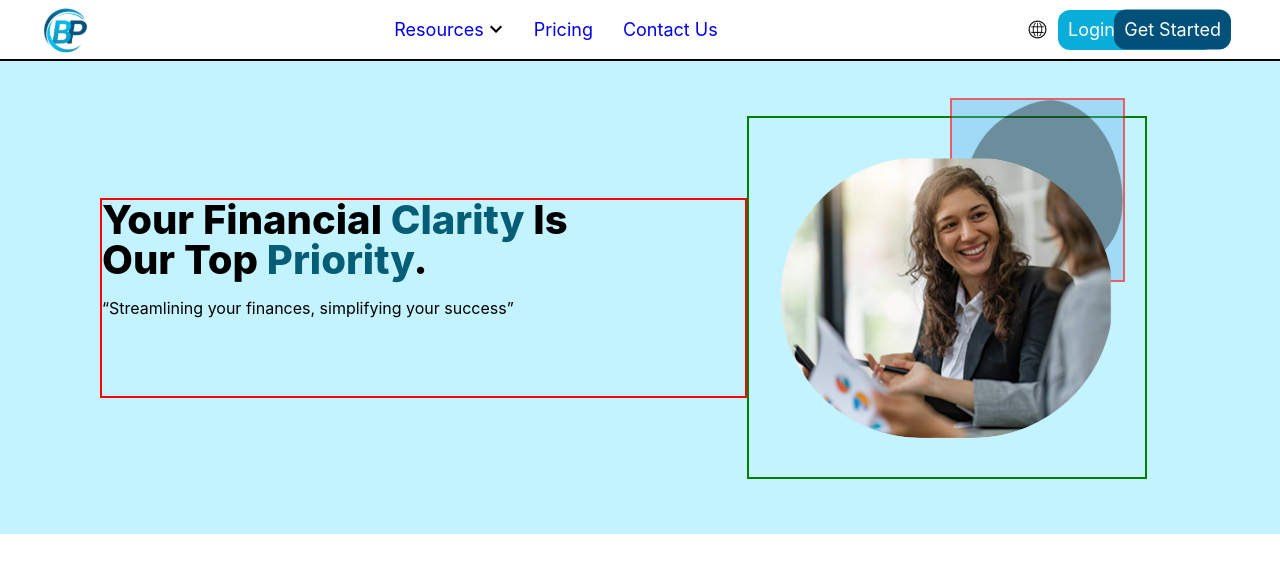
Repository: dark-txch/Bizpadi
Page: /
The author's editor kept a copy of each file at every save. The page is drawn from the files as they stood at one save, then again after the next save.
The browser window is 1280 px wide. The pictures show the whole page.
The project was rebuilt for these pictures with package versions that can differ from the ones it lists, and the page was loaded fresh each time. Also part of the build but not shown: vite.config.js.

Above is the page before, as saved 2025-04-02 05:11:46.

### index.html
<!DOCTYPE html>
<html lang="en">
	<head>
		<meta charset="UTF-8" />
		<link rel="icon" type="image/svg+xml" href="/public/logo.svg" />
		<meta name="viewport" content="width=device-width, initial-scale=1.0" />
		<title>Bizpadi</title>
	</head>
	<body>
		<div id="root"></div>
		<script type="module" src="/src/main.jsx"></script>
	</body>
</html>

### src/index.css
:root {
	font-family: system-ui, Avenir, Helvetica, Arial, sans-serif;
	line-height: 1.5;
	font-weight: 400;

	color-scheme: light dark;
	color: black;
	background-color: white;

	font-synthesis: none;
	text-rendering: optimizeLegibility;
	-webkit-font-smoothing: antialiased;
	-moz-osx-font-smoothing: grayscale;
}

* {
	box-sizing: border-box;
	padding: 0;
	margin: 0;
	outline: none;
	border: none;
}

body {
	height: 100vh;
	width: 100vw;
	overflow: hidden;

	font-family: "inter", sans-serif;
}

a {
	text-decoration: none;
}

### src/App.jsx
import "./App.css";
import Nav from "./components/LandingPage/Nav";
import MidSection from "./components/LandingPage/MidSection";

function App() {
	return (
		<>
			<Nav />
			<MidSection />
		</>
	);
}

export default App;

### src/App.css
/*  LANDING PAGE/Main container */

@font-face {
	font-family: "MyCustomFont";
	src: url("/fonts/Inter/Inter-Italic-VariableFont_opsz,wght.ttf")
			format("truetype"),
		url("/fonts/Inter/Inter-VariableFont_opsz,wght.ttf") format("truetype");
	font-weight: normal;
	font-style: normal;
}

nav.homepage-nav {
	/*  this is the parent container */
	width: 100vw;
	height: 61px;
	display: flex;
	font-size: 18px;
	align-items: center;
	justify-content: space-between;
	border-bottom: 2px solid #000;
	box-shadow: 1px 1px 2px 0px rgba(0, 0, 0, 0.25%);
}

nav.homepage-nav .logo {
	/* this is the first div "LOGO" */
	margin-left: 30px;
	margin-top: 10px;
}

nav.homepage-nav :nth-child(2) a {
	/* this is the middle div */
	width: 309px;
	height: 24px;
	position: relative;
}

.homepage-nav div:nth-child(2) a:nth-of-type(1) {
	margin-right: 50px;
}

.homepage-nav div:nth-child(2) a:nth-of-type(2) {
	margin-right: 30px;
}

nav.homepage-nav :nth-child(2) a > img {
	position: absolute;
}

.homepage-nav div:nth-child(3) {
	/* this is the login and get started container .. the third div*/
	width: 218px;
	height: 40px;
	display: flex;
	justify-content: center;
	align-items: center;
	gap: 10px;
	position: relative;
	color: white;
	border-radius: 12px;
	margin-right: 50px;
}

.homepage-nav div:nth-child(3) a:nth-of-type(1) {
	/* this is the login button */
	background-color: #09adda;
	color: inherit;
	display: inline-block;
	width: 157px;
	padding: 8px;
	height: inherit;
	padding-left: 10px;
	border-radius: inherit;
	display: flex;
	align-items: center;
}

.homepage-nav div:nth-child(3) a:nth-of-type(2) {
	/* this is the signup button */
	background-color: #00517a;
	color: inherit;
	display: inline-block;
	/* width: 110px; */
	padding-left: 10px;
	padding-right: 10px;
	height: inherit;
	border-radius: inherit;
	position: absolute;
	top: -2px;
	right: -10px;
	transform: translate(-9px, 1.5px);
	display: flex;
	align-items: center;
}

/* MIDSECTION */
.midSection {
	background-color: #c3f3ff;
	height: 473px;
	display: flex;
	align-items: center;
}

.landingPageMotto {
	display: inline-block;
	width: 647px;
	height: 200px;
	top: 166px;
	left: 113px;
	/* gap: 19px; */

	margin-left: 100px;

	border: 2px solid red;
}

.landingPageMotto > h1 {
	width: 538px;
	height: 96px;

	font-weight: 800;
	font-size: 40px;
	line-height: 100%;
	text-transform: capitalize;
}

.landingPageMotto > h1 span {
	color: #065d76;
}

.landingPageImages {
	position: relative;
	border: 2px solid green;
	width: 399.93px;
	height: 362.9px;
	display: flex;
	justify-content: center;
	align-items: center;
}

.landingPageImages > img {
	position: absolute;
}

.landingPageImages > img:nth-of-type(1) {
	width: 334.57px;
	height: 281.66px;
	border-radius: 150px;
	z-index: 100;
}

.landingPageImages > img:nth-of-type(2) {
	width: 175.07px;
	height: 184.4px;
	top: -20px;
	right: 20px;
	background-color: #65b0e799;
	opacity: 0.6;

	border: 2px solid red;
}

.landingPageImages > img:nth-of-type(3) {
}

### src/components/LandingPage/Nav.jsx
export default function Nav() {
	return (
		// Main Landing container, parent housing the landing page
		<>
			{/* Inside of the main is the nav element */}
			<nav className="homepage-nav">
				<div className="logo">
					<img src="/assets/icons/logo.svg" alt="Bizpadi icon" />
				</div>

				{/* Second div */}
				<div>
					<a href="#">
						Resources
						<img src="/assets/icons/dropdown.png" alt="dropdown icon" />
					</a>
					<a href="#">Pricing</a>
					<a href="#">Contact Us</a>
				</div>

				{/* Third div */}
				<div>
					<img src="/assets/icons/world.png" alt="world" />
					<a href="#">Login</a>
					<a href="#">Get Started</a>
				</div>
			</nav>
		</>
	);
}

### src/components/LandingPage/MidSection.jsx
export default function MidSection() {
	return (
		<section className="midSection">
			<div className="landingPageMotto">
				<h1>
					Your financial <span>clarity</span> is our top <span>priority</span>.
				</h1>
				<p>“Streamlining your finances, simplifying your success”</p>
			</div>

			{/* This is the images section in the mid section */}
			<div className="landingPageImages">
				<img src="/assets/images/smiley.png" alt="smiley" />
				<img src="/assets/images/Vector-black.png" alt="vector-black" />
				<img src="/assets/images/Vector-blue.png" alt="vector-blue" />
				<img src="/assets/images/Vector-orange.png" alt="vector-orange" />
				<img src="/assets/images/Vector.png" alt="vector" />
			</div>
		</section>
	);
}

Loaded but not shown: src/main.jsx (common file)

After the next save:
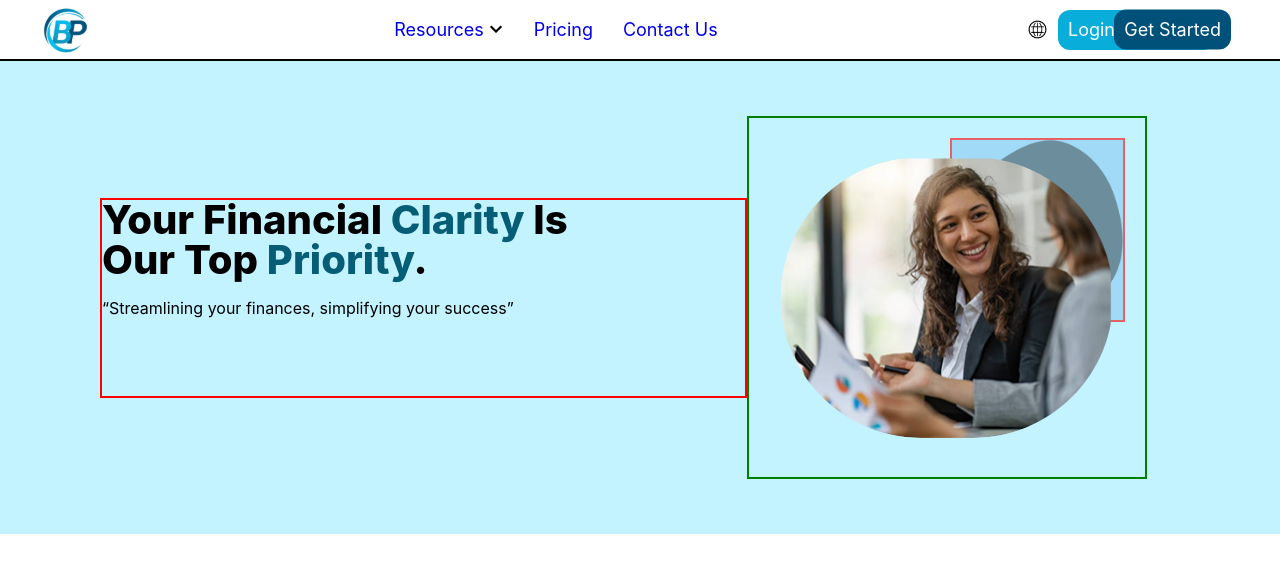
Saved 12 s later.
--- a/src/App.css
+++ b/src/App.css
@@ -151,7 +151,7 @@ nav.homepage-nav :nth-child(2) a > img {
 .landingPageImages > img:nth-of-type(2) {
 	width: 175.07px;
 	height: 184.4px;
-	top: -20px;
+	top: 20px;
 	right: 20px;
 	background-color: #65b0e799;
 	opacity: 0.6;
